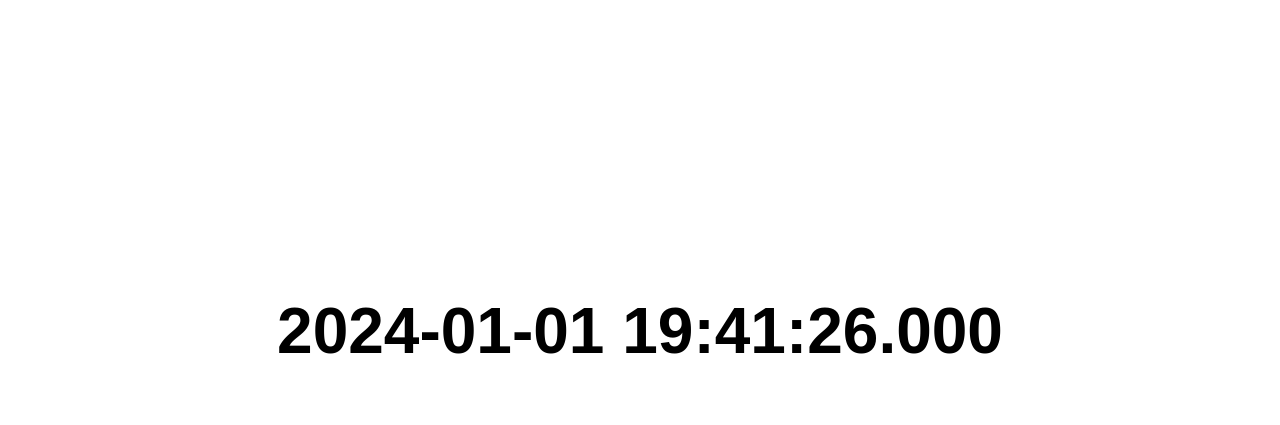
Repository: end888160/end888160.github.io
Page: clock.html
These files come from the project's save history. The page is drawn as it stood at one moment and after the next save; the edit follows.
The browser window is 1280 px wide. The pictures show the whole page.

Above is the page before, as saved 2024-09-22 09:56:34.

### clock.html
<!DOCTYPE html>
<head>
	<meta charset="UTF-8">
	<meta name="viewport" content="width=device-width, initial-scale=1.0">
	<title>Simple HTML Clock</title>
	<style>
	h1{
		text-align: center;
		text-align-last: center;
		justify-content: center;
		display: flex;
		height: 80vh;
		align-items: center;
		font-size: 5vw;
		font-family: Arial, Helvetica, "Noto Sans", sans-serif;

	}
	body {
		overflow: hidden; /* Hide scrollbars */
	}
	@media (prefers-color-scheme: light) {
		html {
		background-color: white;
		color: black;
		}
	}
	@media (prefers-color-scheme: dark) {
		html {
		background-color: black;
		color: white;
		}
	}
	@media only screen and (orientation: portrait) {
		h1 {
			font-size: 10vw;
		}
	}
	</style>
</head>
<body>
	<div id="clock">
		<h1 id="datetime"></h1>
	</div>
	<script>
		function clock() {

			var today = new Date();
			var year = today.getFullYear();
			var months = today.getMonth() + 1;
			var days = today.getDate();
			var hours = today.getHours();
			var minutes = today.getMinutes();
			var seconds = today.getSeconds();
			var mseconds = today.getMilliseconds();

			var month = months < 10 ? "0" + months : months;
			var day = days < 10 ? "0" + days : days;
			var hour = hours < 10 ? "0" + hours : hours;
			var minute = minutes < 10 ? "0" + minutes : minutes;
			var second = seconds < 10 ? "0" + seconds : seconds;
			var msecond = mseconds < 10 ? "0" + "0" + mseconds : mseconds < 100 ? "0" + mseconds : mseconds;
			var date = year + "-" + month + "-" + day;
			var time = hour + ":" + minute + ":" + second + "." + msecond;
			var dateTime = date + " " + time;
			document.getElementById("datetime").innerHTML = dateTime;
			document.title = hour + ":" + minute + ":" + second;
			setTimeout(clock, 1);

		}

	clock()
	</script>
</body>
</html>

After the next save:
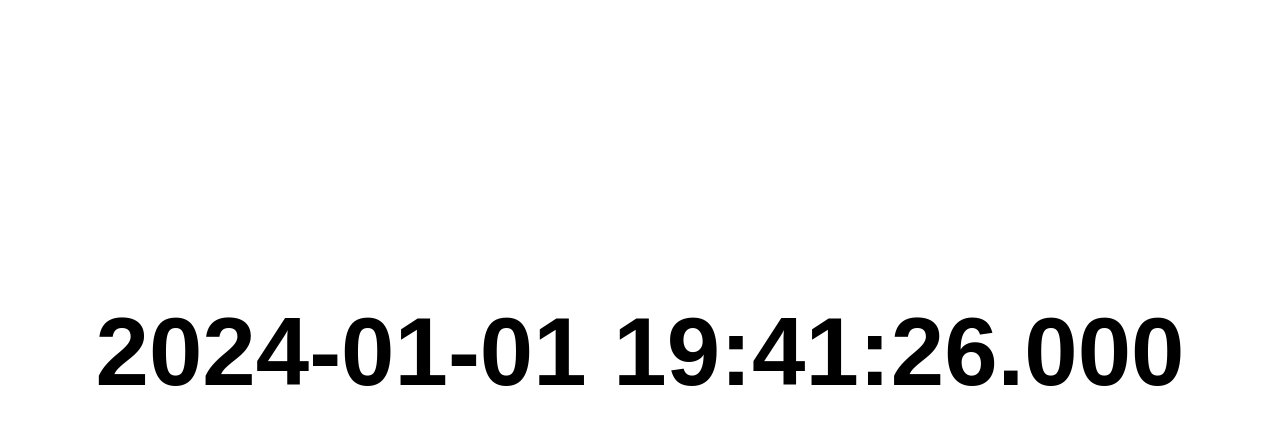
Saved 2 min 52 s later.
--- a/clock.html
+++ b/clock.html
@@ -11,7 +11,7 @@
 		display: flex;
 		height: 80vh;
 		align-items: center;
-		font-size: 5vw;
+		font-size: 7.5vw;
 		font-family: Arial, Helvetica, "Noto Sans", sans-serif;
 
 	}
@@ -32,7 +32,7 @@
 	}
 	@media only screen and (orientation: portrait) {
 		h1 {
-			font-size: 10vw;
+			font-size: 15vw;
 		}
 	}
 	</style>
